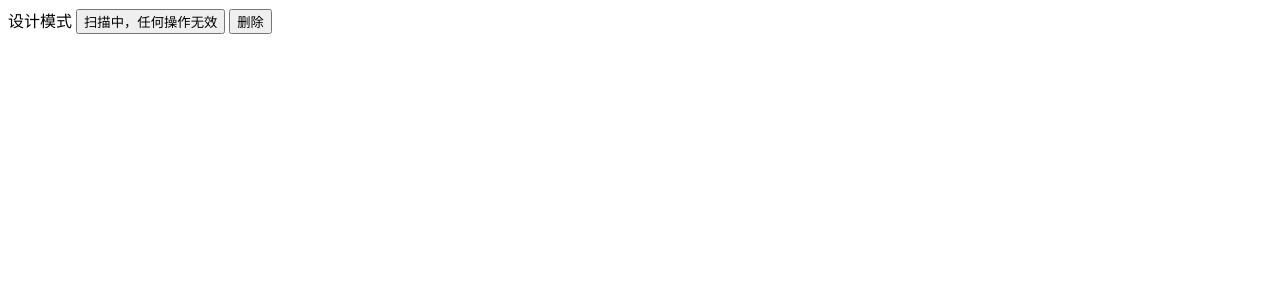
Repository: caosiwei97/design-pattern-study
Page: src/practice/file-upload/state.html
An editor plug-in stored every save of this project. The page is shown before and after the next save, followed by the edit.
The browser window is 1280 px wide. The pictures show the whole page.

Above is the page before, as saved 2022-04-07 00:10:22.

After the next save:
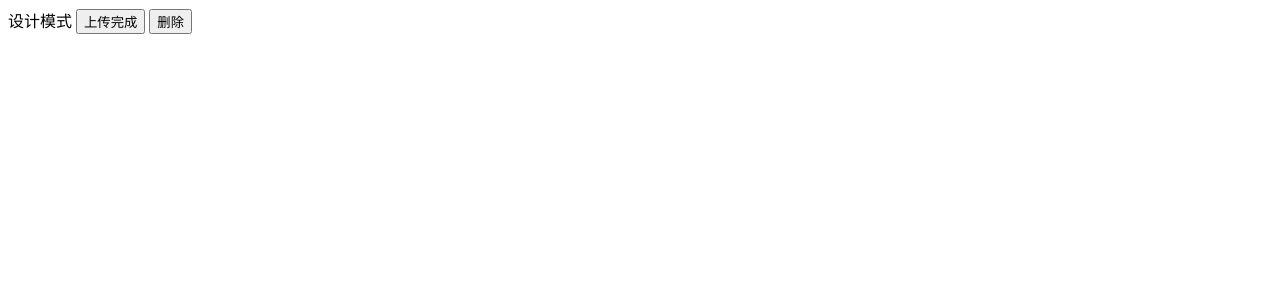
Saved 6 s later.
--- a/src/practice/file-upload/state.html
+++ b/src/practice/file-upload/state.html
@@ -132,6 +132,13 @@
       }
 
       window.external.upload('sign')
+
+      setTimeout(function () {
+        window.external.upload('uploading') // 1 秒后开始上传
+      }, 1000)
+      setTimeout(function () {
+        window.external.upload('done') // 5 秒后上传完成
+      }, 5000)
     </script>
   </body>
 </html>
